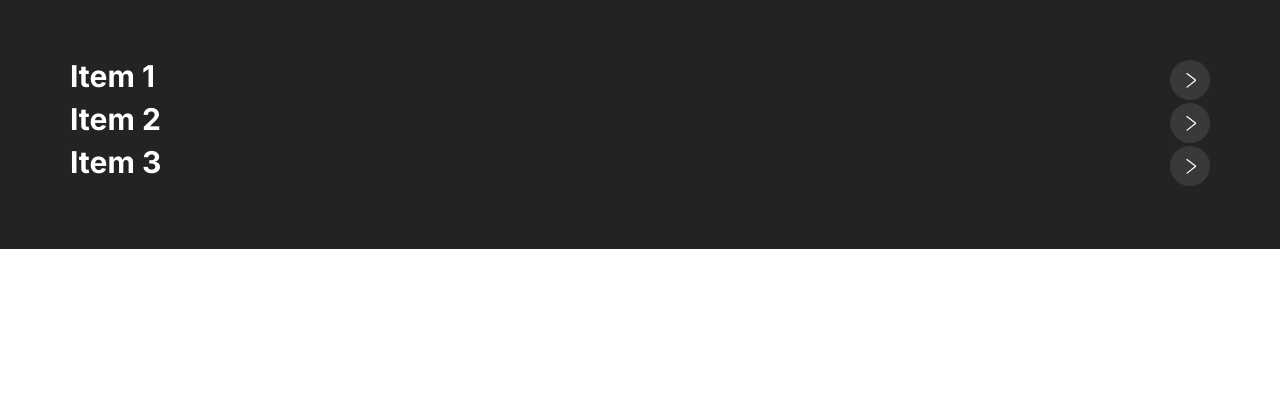
Repository: LeonUIO/first_website
Page: index.html
These files come from the project's save history. The page is drawn as it stood at one moment and after the next save; the edit follows.
The browser window is 1280 px wide. The pictures show the whole page.

Above is the page before, as saved 2021-04-13 12:03:45.

After the next save:
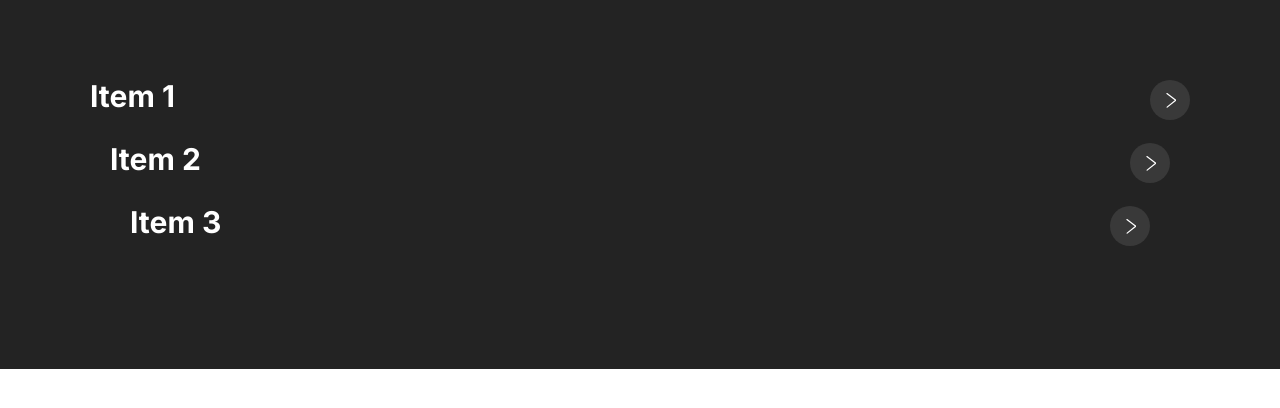
Saved 7 s later.
--- a/css/styles.css
+++ b/css/styles.css
@@ -817,4 +817,7 @@ a {
   background: #232323;
 }
 
-.footer__s
+.footer__section{
+  padding:2rem;
+
+}
